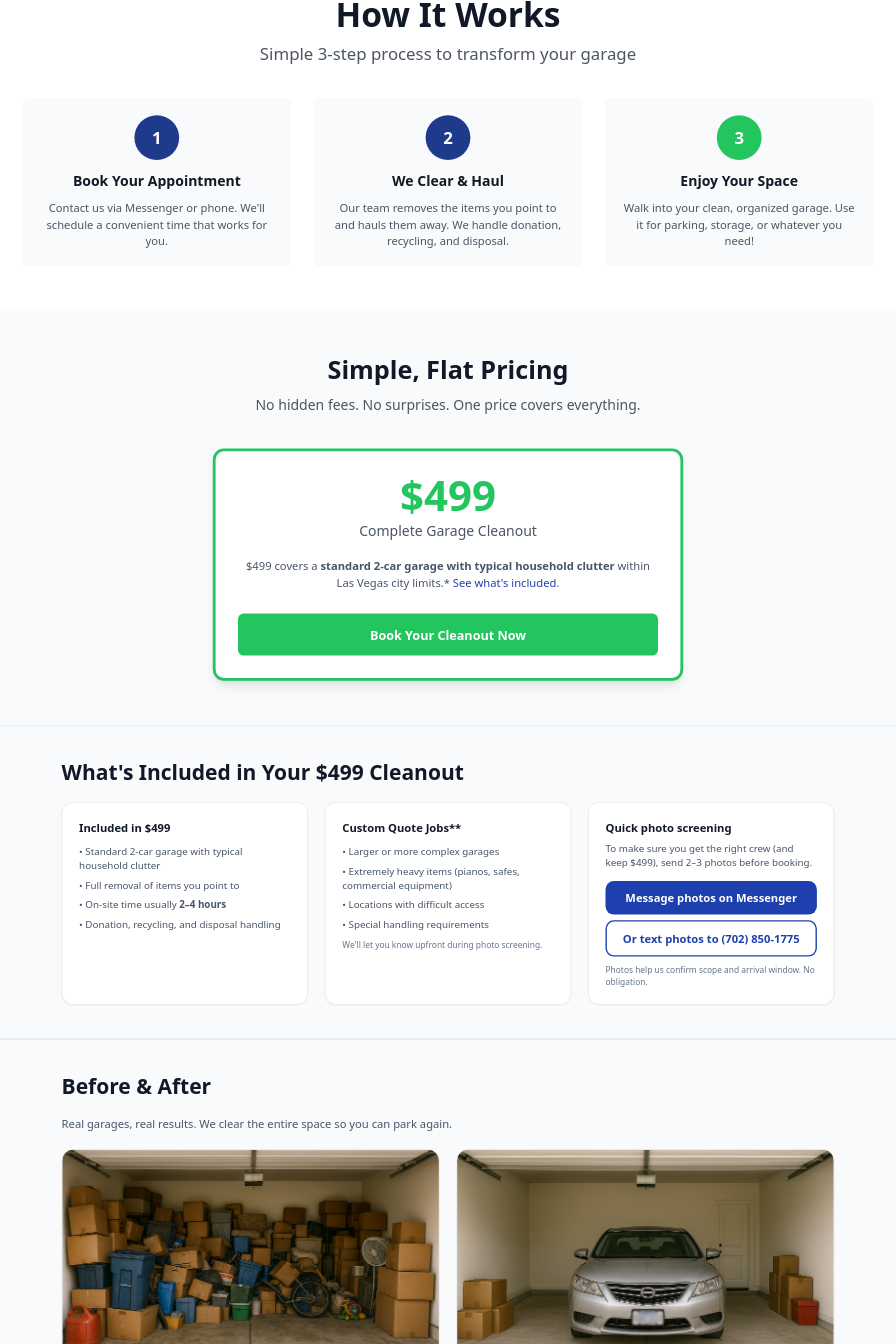
Repository: nikwhite1169/garagegone
Page: index.html
The author's editor kept a copy of each file at every save. The page is drawn from the files as they stood at one save, then again after the next save.
The browser window is 1280 px wide. The pictures show the part of the page from y = 852 to 2772 px (the page is 5441 px tall before and 5445 px after), at 70% of full size.
Some web libraries are served in a nearby version.

Above is the page before, as saved 2025-09-16 00:30:30.

After the next save:
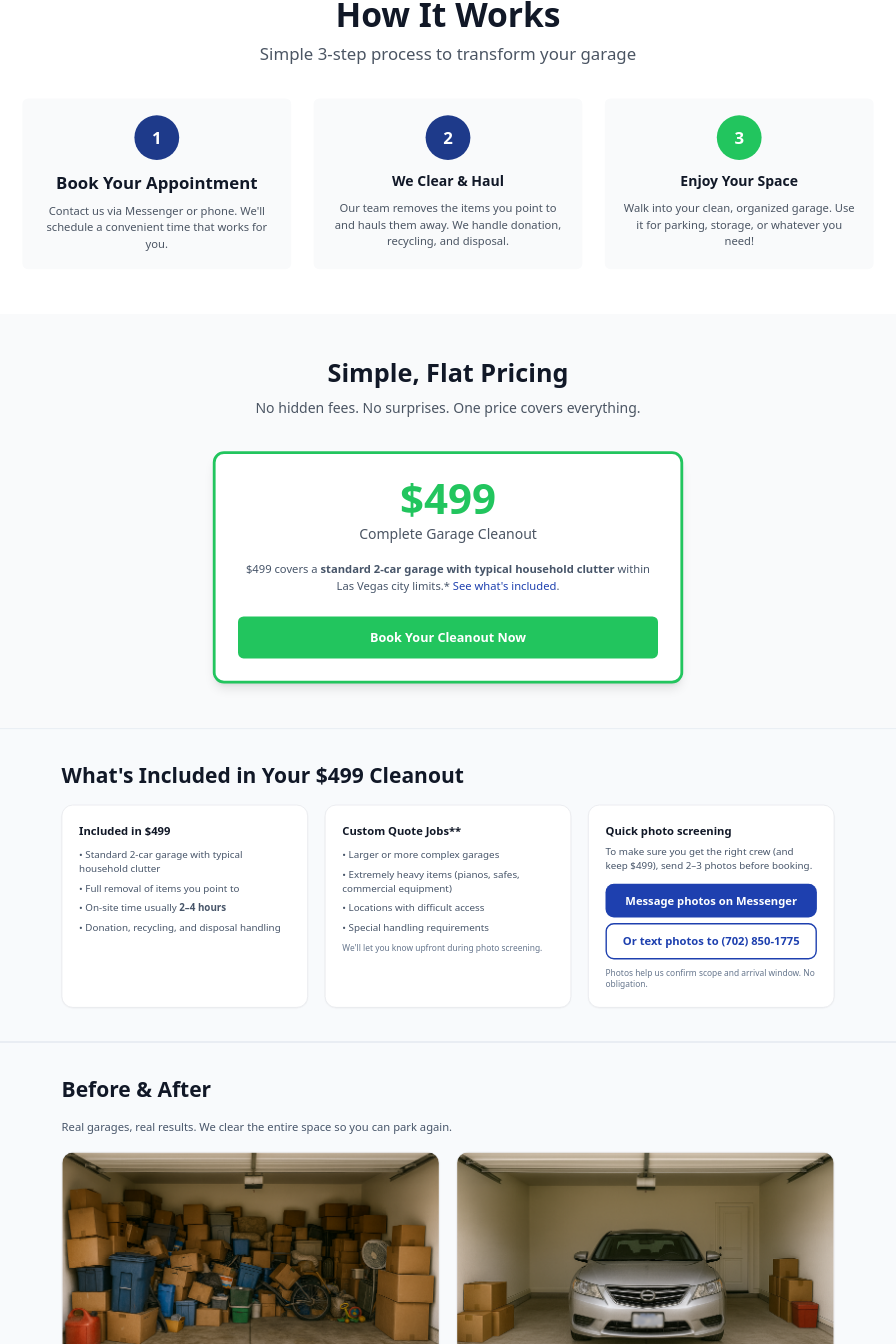
Saved 5 s later.
--- a/index.html
+++ b/index.html
@@ -193,7 +193,7 @@
             <div class="grid md:grid-cols-3 gap-8">
                 <div class="text-center p-6 rounded-lg bg-gray-50">
                     <div class="w-16 h-16 bg-brand-blue text-white rounded-full flex items-center justify-center text-2xl font-bold mx-auto mb-4">1</div>
-                    <h4 class="text-xl font-bold mb-3">Book Your Appointment</h4>
+                    <h4 class="text-xl md:text-2xl font-bold mb-3">Book Your Appointment</h4>
                     <p class="text-gray-600">Contact us via Messenger or phone. We'll schedule a convenient time that works for you.</p>
                 </div>
 
